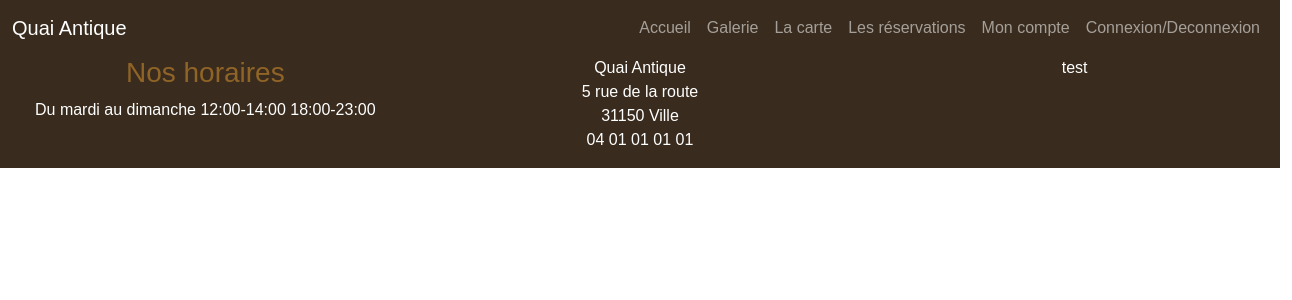
Repository: lemonhao9/QuaiAntiqueRestaurantFront
Page: index.html
The author's editor kept a copy of each file at every save. The page is drawn from the files as they stood at one save, then again after the next save.
The browser window is 1280 px wide. The page is 1292 px wide, so the pictures cover 1292 px, including what lies to the right of the window. The pictures show the whole page.
Some web fonts or font styles are not loaded; a fallback is used. Some web libraries are served in a nearby version. The style sheet was rebuilt from its Sass, Less or Tailwind sources for each picture, by a compiler version that may differ from the author's.

Above is the page before, as saved 2025-01-21 17:27:04.
Console error: TypeError: Cannot set properties of null (setting 'innerHTML')

After the next save:
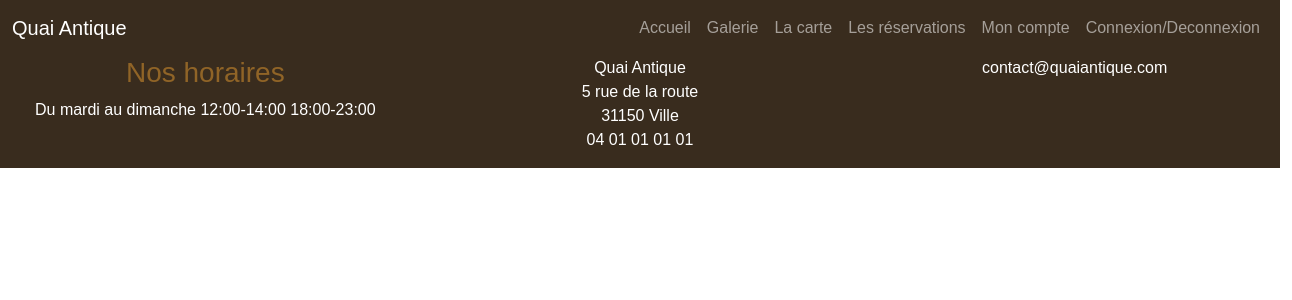
Saved 25 s later.
--- a/index.html
+++ b/index.html
@@ -58,7 +58,7 @@
                 </p>
             </div>
             <div class="col-6 col-lg-4">
-                <p>test</p>
+                <p>contact@quaiantique.com</p>
             </div>
         </div>
     </footer>
